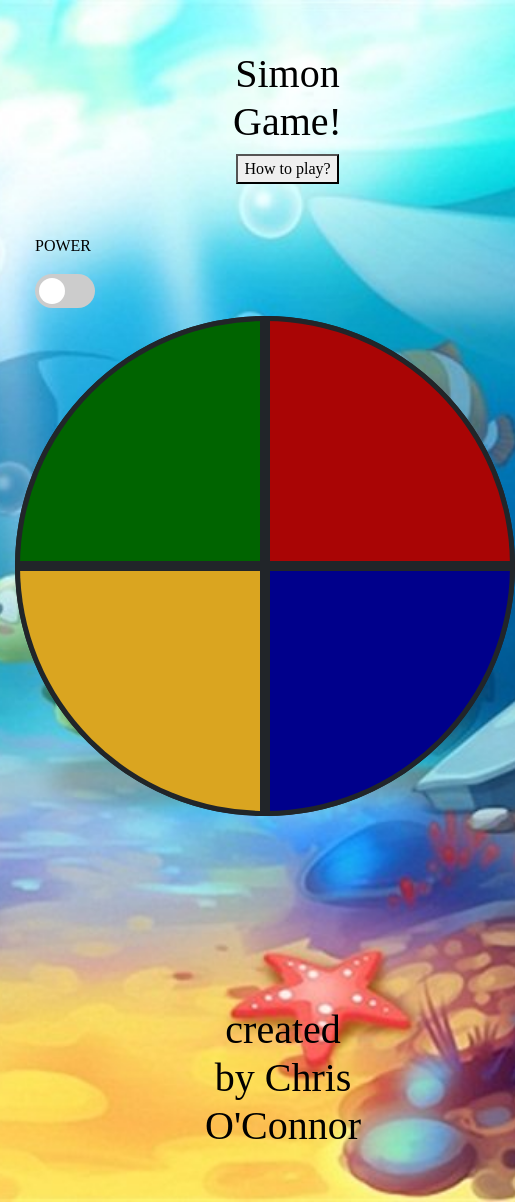
Repository: chrisoc19/SimonSays
Page: index.html
The author's editor kept a record of every edit. The page is drawn from the files as they stood at one moment, then again after the next edit.
The browser window is 375 px wide. The page is 515 px wide, so the pictures cover 515 px, including what lies to the right of the window. The pictures show the whole page.
Some web fonts or font styles are not loaded; a fallback is used.

Above is the page before.

### index.html
<!DOCTYPE html>
<html>
<html lang="en">

<head>
  <meta charset="UTF-8">
  <title>Simon Game</title>
  <meta name="viewport" content="width=device-width, initial-scale=1">
  <link href='https://fonts.googleapis.com/css?family=Original+Surfer&effect=emboss' rel='stylesheet' type='text/css'>
  <link rel="stylesheet" href="css/style.css">
  <link rel="stylesheet" href="https://stackpath.bootstrapcdn.com/bootstrap/4.3.1/css/bootstrap.min.css" integrity="sha384-ggOyR0iXCbMQv3Xipma34MD+dH/1fQ784/j6cY/iJTQUOhcWr7x9JvoRxT2MZw1T" crossorigin="anonymous">
  <script src="https://ajax.googleapis.com/ajax/libs/jquery/3.4.1/jquery.min.js"></script>
</head>

<body>


  <div class="container-fluid">
    <div class="row">
      <div class="col text text-box mobile-margin visible-xs ">
        <h1>Simon Game!</h1>
        <!-- Trigger/Open The Modal -->
        <button id="myBtn">How to play?</button>

        <!-- The Modal -->
        <div id="myModal" class="modal">

          <!-- Modal content -->
          <div class="modal-content">
            <span class="close">&times;</span>
            <p>To begin click on the Power button</p>
            <p>Get ready to watch, remember, repeat! </p>
            <p>Click Start when ready to play..</p>
            <p>If strict mode is enabled you only get one guess so be careful!!...</p>
          </div>

        </div>

      </div>

    </div>


    <div class="row">
      <div class="col-sm-2 switches-wrapper">
        <div class="switches">

          <p class="newButtons">POWER</p>
          <label class="switch">
  <input type="checkbox" class="switch" id="on">
  <span class="slider round"></span>
</label>

          <div class="remove d-none">

            <div id="turn"></div>
            <div class="text2">
              COUNT
            </div>


            <div class="button-container">
              <button class="button" id="start">Start</button>
            </div>


            <p class="newButtons ">STRICT</p>
            <label class="switch">
  <input type="checkbox" class="switch " id="strict">
  <span class="slider round"></span>
</label>

          </div>

        </div>

      </div>
      <div class="col-sm-8">
        <div class="circle">
          <div id="topleft"></div>
          <div id="topright"></div>
          <div id="bottomleft"></div>
          <div id="bottomright"></div>
        </div>
      </div>

    </div>
  </div>

  <div class="container-fluid">
    <div class="row">
      <div class="col footer  mobile-margin visible-xs">
        <h1 class="footer-text">created by Chris O'Connor</h1>


      </div>

    </div>









    <script src="js/index.js"></script>

</body>

</html>

### css/style.css

body {
  margin : 0;
  background-image: url("../img/sea.2.jpg");
  background-position: center;
  background-repeat: no-repeat;
  background-size: cover;

}

/* The Modal (background) */
.modal {
  display: none; /* Hidden by default */
  position: fixed; /* Stay in place */
  z-index: 1; /* Sit on top */
  left: 0;
  top: 0;
  width: 100%; /* Full width */
  height: 100%; /* Full height */
  overflow: auto; /* Enable scroll if needed */
  background-color: rgb(0,0,0); /* Fallback color */
  background-color: rgba(0,0,0,0.4); /* Black w/ opacity */
}
/* -----------------------------------------------------  Modal */
/* Modal Content/Box */
.modal-content {
  background-color: #fefefe;
  margin: 15% auto; /* 15% from the top and centered */
  padding: 20px;
  border: 1px solid #888;
  width: 80%; /* Could be more or less, depending on screen size */
}

/* The Close Button */
.close {
  color: #aaa;
  float: right;
  font-size: 28px;
  font-weight: bold;
}

.close:hover,
.close:focus {
  color: black;
  text-decoration: none;
  cursor: pointer;
}
/* -----------------------------------------------------Footer */
.mobile-margin{
  margin-left: 50px;
}
.footer-text{
  margin-top: 150px;
}
.footer{
  margin-top: 40px;
  margin-bottom: 40px;
  font-family: 'Original Surfer', cursive;
  text-align: center;
  color: black;
}
@media only screen and (min-width: 315px) {
 .footer {
    margin-bottom: 44px;

  }
}
@media only screen and (min-width: 768px) {
 .footer {
    margin-bottom: 94px;
  }
}
@media only screen and (min-width: 1024px) {
 .footer {
    margin-bottom: 455px;
  }
}
@media only screen and (min-width: 1025px) {
 .footer {
    margin-bottom: 40px;
  }
}

/* -----------------------------------------------------Simon game Text */
.text {
  font-family: 'Original Surfer', cursive;

  text-align: center;
  color: black;
}

.text-box {
  margin-top: 50px;
  margin-bottom: 50px;

  background-color: rgba(0, 123, 255, 0);
}

.newButtons{
  font-family: 'Original Surfer', cursive;

  width: 65px;
  color: black;
}

@media only screen and (max-width: 320px) {
 .text-box {
    margin-left: 200px;
  }
  .footer{
    margin-left: 170px;
  }
}
@media only screen and (max-width: 360px) {
 .text-box {
    margin-left: 210px;
  }
  .footer{
    margin-left: 180px;
  }
}
@media only screen and (max-width: 411px) {
 .text-box {
    margin-left: 200px;
  }
  .footer{
    margin-left: 190px;
  }
}
/* ----------------------------------------------------- Switches */
.switches-wrapper {
  margin-left: 20px;
   background-color: rgba(0, 123, 255, 0);
}





/* The switch - the box around the slider */

.switch {
  position: relative;
  display: inline-block;
  width: 60px;
  height: 34px;
}

/* Hide default HTML checkbox */

.switch input {
  opacity: 0;
  width: 0;
  height: 0;
}

/* The slider */

.slider {
  position: absolute;
  cursor: pointer;
  top: 0;
  left: 0;
  right: 0;
  bottom: 0;
  background-color: #ccc;
  -webkit-transition: .4s;
  transition: .4s;
}

.slider:before {
  position: absolute;
  content: "";
  height: 26px;
  width: 26px;
  left: 4px;
  bottom: 4px;
  background-color: white;
  -webkit-transition: .4s;
  transition: .4s;
}

input:checked+.slider {
  background-color: #2196F3;
}

input:focus+.slider {
  box-shadow: 0 0 1px #2196F3;
}

input:checked+.slider:before {
  -webkit-transform: translateX(26px);
  -ms-transform: translateX(26px);
  transform: translateX(26px);
}

/* Rounded sliders */

.slider.round {
  border-radius: 34px;
}

.slider.round:before {
  border-radius: 50%;
}

.toggle {
  margin-left: 20px;
  margin-right: 20px;
}


.button {
  -webkit-transition-duration: 0.4s;
  /* Safari */
  transition-duration: 0.4s;
 font-family:  'Original Surfer', cursive;
}

.button:hover {
  background-color: #4CAF50;
  /* Green */
  color: white;
}

.button-container {
  margin-bottom: 10px;

}


/* -----------------------------------------------------Counter */
.text2 {
  position: absolute;
  font-family: 'Original Surfer', cursive;
  margin-top: 170px;
  margin-bottom: 50px;
  margin-right: 100px;
}



#turn {
  position: absolute;
  background: rgba(0,123,255,.5);
  /*background: #330000;*/
  color: red;
  font-family: courier;
  font-size: 20px;
  height: 30px;
  width: 50px;

  margin-top: 130px;
  margin-left: 5px;
  text-align: center;

  line-height: 30px;
}

/*------------------------------------------------- circle */

.circle {

  background: #385a94;
  border-radius: 50%;
  height: 500px;
  width: 500px;
  position: relative;
  border-style: solid;
  border-width: 10px;
  margin: auto;


}

#topleft {
  position: absolute;
  height: 250px;
  width: 250px;
  border-radius: 250px 0 0 0;
  -moz-border-radius: 250px 0 0 0;
  -webkit-border-radius: 250px 0 0 0;
  background: darkgreen;
  top: 50%;
  left: 50%;
  margin: -250px 0px 0px -250px;
  border-style: solid;
  border-width: 5px;
  box-sizing: border-box;
  -moz-box-sizing: border-box;
  -webkit-box-sizing: border-box;
}

#topright {
  position: absolute;
  height: 250px;
  width: 250px;
  border-radius: 0 250px 0 0;
  -moz-border-radius: 0 250px 0 0;
  -webkit-border-radius: 0 250px 0 0;
  background: #a90505;
  top: 50%;
  left: 50%;
  margin: -250px 0px 0px 0px;
  border-style: solid;
  border-width: 5px;
  box-sizing: border-box;
  -moz-box-sizing: border-box;
  -webkit-box-sizing: border-box;
}

#bottomleft {
  position: absolute;
  height: 250px;
  width: 250px;
  border-radius: 0 0 0 250px;
  -moz-border-radius: 0 0 0 250px;
  -webkit-border-radius: 0 0 0 250px;
  background: goldenrod;
  top: 50%;
  left: 50%;
  margin: 0px -250px 0px -250px;
  border-style: solid;
  border-width: 5px;
  box-sizing: border-box;
  -moz-box-sizing: border-box;
  -webkit-box-sizing: border-box;
}

#bottomright {
  position: absolute;
  height: 250px;
  width: 250px;
  border-radius: 0 0 250px 0;
  -moz-border-radius: 0 0 250px 0;
  -webkit-border-radius: 0 0 250px 0;
  background: darkblue;
  top: 50%;
  left: 50%;
  margin: 0px 0px -250px 0px;
  border-style: solid;
  border-width: 5px;
  box-sizing: border-box;
  -moz-box-sizing: border-box;
  -webkit-box-sizing: border-box;
}

### js/index.js
let order = [];
let playerOrder = [];
let flash;
let turn;
let good;
let compTurn;
let intervalId;
let strict = false;
let start = false;
let noise = true;
let on = false;
let win;

let oneNoise = new Audio('sounds/drop.mp3');
let twoNoise = new Audio('sounds/pop.mp3');
let threeNoise = new Audio('sounds/seagull.ogg');
let fourNoise = new Audio('sounds/radar.wav');
let startNoise = new Audio('sounds/startSound.ogg');
let offNoise = new Audio('sounds/off.ogg');
let winNoise = new Audio('sounds/winSound.wav');
let strictNoise = new Audio('sounds/b1.wav');


const turnCounter = document.querySelector("#turn");
const topLeft = document.querySelector("#topleft");
const topRight = document.querySelector("#topright");
const bottomLeft = document.querySelector("#bottomleft");
const bottomRight = document.querySelector("#bottomright");
const strictButton = document.querySelector("#strict");
const onButton = document.querySelector("#on");
const startButton = document.querySelector("#start");

//--------------------------------------------------------------- onButton
// Get the modal
var modal = document.getElementById("myModal");

// Get the button that opens the modal
var btn = document.getElementById("myBtn");

// Get the <span> element that closes the modal
var span = document.getElementsByClassName("close")[0];

// When the user clicks on the button, open the modal
btn.onclick = function() {
  modal.style.display = "block";
}

// When the user clicks on <span> (x), close the modal
span.onclick = function() {
  modal.style.display = "none";
}

// When the user clicks anywhere outside of the modal, close it
window.onclick = function(event) {
  if (event.target == modal) {
    modal.style.display = "none";
  }
}
//--------------------------------------------------------------- onButton

$('#on').click(function() {
    $('.remove').removeClass('d-none');
    $('.add').addClass('d-none');
})

onButton.addEventListener('click', (event) => {
    if (onButton.checked == true) {
        on = true;
        turnCounter.innerHTML = "-";
        startSound();
        flashColor();
        setTimeout(() => {
            clearColor();
        }, 800);
    }
    else {
        on = false;
        turnCounter.innerHTML = "Bye";
        setTimeout(() => {
            turnCounter.innerHTML = "";
        }, 1000);
        clearInterval(intervalId);
        off();
        flashColor();
        setTimeout(() => {
            clearColor();
        }, 800);
        setTimeout(() => {
            document.location.reload(true);
        }, 200);

    }

});

function startSound() {
    if (noise) {
        startNoise.play();
    }
    noise = true;

}

function off() {
    if (noise) {
        offNoise.play();
    }
    noise = true;

}
//---------------------------------------------------------------startButton
startButton.addEventListener('click', (event) => {
    if (on || win) {
        play();
        start = true;
    }
    if (onButton.checked == false) {
        startButton = 'unclick';
        start = false;

    }

});

//--------------------------------------------------------------- strictButton


strictButton.addEventListener('change', (event) => {
    if (onButton.checked == false) {
        document.getElementById("#strict").disabled = true;

    }
    if (strictButton.checked == true) {
        strict = true;
        strictSound();
        clearInterval(intervalId);
        turnCounter.innerHTML = "-";
        flashColor();
        setTimeout(() => {
            clearColor();
        }, 800);

    }
    else {
        strict = false;
        strictSound();
        clearInterval(intervalId);
        turnCounter.innerHTML = "-";
        flashColor();
        setTimeout(() => {
            clearColor();
        }, 800);

    }
});

function strictSound() {
    if (noise) {
        strictNoise.play();
    }
    noise = true;

}
//---------------------------------------------------------------play()
function play() {
    win = false;
    order = [];
    playerOrder = [];
    flash = 0;
    intervalId = 0;
    turn = 1;
    turnCounter.innerHTML = 1;
    good = true;
    for (var i = 0; i < 20; i++) {
        order.push(Math.floor(Math.random() * 4) + 1);
    }
    compTurn = true;

    intervalId = setInterval(gameTurn, 800);
}
//---------------------------------------------------------------GameTurn  ()
function gameTurn() {
    on = false;

    if (flash == turn) {
        clearInterval(intervalId);
        compTurn = false;
        clearColor();
        on = true;
    }

    if (compTurn) {
        clearColor();
        setTimeout(() => {
            if (order[flash] == 1) one();
            if (order[flash] == 2) two();
            if (order[flash] == 3) three();
            if (order[flash] == 4) four();
            flash++;
        }, 200);
    }
}
//--------------------------------------------------------------- Function 1 - 4
function one() {
    if (noise) {
        oneNoise.play();
    }
    noise = true;
    topLeft.style.backgroundColor = "lightgreen";
}

function two() {
    if (noise) {
        twoNoise.play();
    }
    noise = true;
    topRight.style.backgroundColor = "tomato";
}

function three() {
    if (noise) {
        threeNoise.play();
    }
    noise = true;
    bottomLeft.style.backgroundColor = "yellow";
}

function four() {
    if (noise) {
        fourNoise.play();
    }
    noise = true;
    bottomRight.style.backgroundColor = "lightskyblue";
}
//---------------------------------------------------------------clear color
function clearColor() {
    topLeft.style.backgroundColor = "darkgreen";
    topRight.style.backgroundColor = "darkred";
    bottomLeft.style.backgroundColor = "goldenrod";
    bottomRight.style.backgroundColor = "darkblue";
}
//---------------------------------------------------------------  flash Colors
function flashColor() {
    topLeft.style.backgroundColor = "lightgreen";
    topRight.style.backgroundColor = "tomato";
    bottomLeft.style.backgroundColor = "yellow";
    bottomRight.style.backgroundColor = "lightskyblue";
}
//---------------------------------------------------------------Click Events
topLeft.addEventListener('click', (event) => {
    if (on && start) {
        playerOrder.push(1);
        check();
        one();
        if (!win) {
            setTimeout(() => {
                clearColor();
            }, 300);
        }
    }

});

topRight.addEventListener('click', (event) => {
    if (on && start) {
        playerOrder.push(2);
        check();
        two();
        if (!win) {
            setTimeout(() => {
                clearColor();
            }, 300);
        }
    }
});

bottomLeft.addEventListener('click', (event) => {
    if (on && start) {
        playerOrder.push(3);
        check();
        three();
        if (!win) {
            setTimeout(() => {
                clearColor();
            }, 300);
        }
    }

});

bottomRight.addEventListener('click', (event) => {
    if (on && start) {
        playerOrder.push(4);
        check();
        four();
        if (!win) {
            setTimeout(() => {
                clearColor();
            }, 300);
        }
    }
});
//---------------------------------------------------------------Check()
function check() {
    if (playerOrder[playerOrder.length - 1] !== order[playerOrder.length - 1])
        good = false;

    if (playerOrder.length == 3 && good) {
        winGame();
    }
    if (good == false) {
        turnCounter.innerHTML = "NO!";
        setTimeout(() => {
            turnCounter.innerHTML = turn;
            clearColor();

            if (strict) {
                play();
            }
            else {
                compTurn = true;
                flash = 0;
                playerOrder = [];
                good = true;
                intervalId = setInterval(gameTurn, 800);
            }
        }, 800);
        noise = false;
    }
    if (turn == playerOrder.length && good && !win) {
        turn++;
        playerOrder = [];
        compTurn = true;
        flash = 0;
        turnCounter.innerHTML = turn;
        intervalId = setInterval(gameTurn, 800);
    }
}
//---------------------------------------------------------------winGame
function winGame() {
    flashColor();
    winSound();
    turnCounter.innerHTML = "win!";
    on = false;
    win = true;
}

function winSound() {
    if (noise) {
        winNoise.play();
    }
    noise = true;

}

After the next edit:
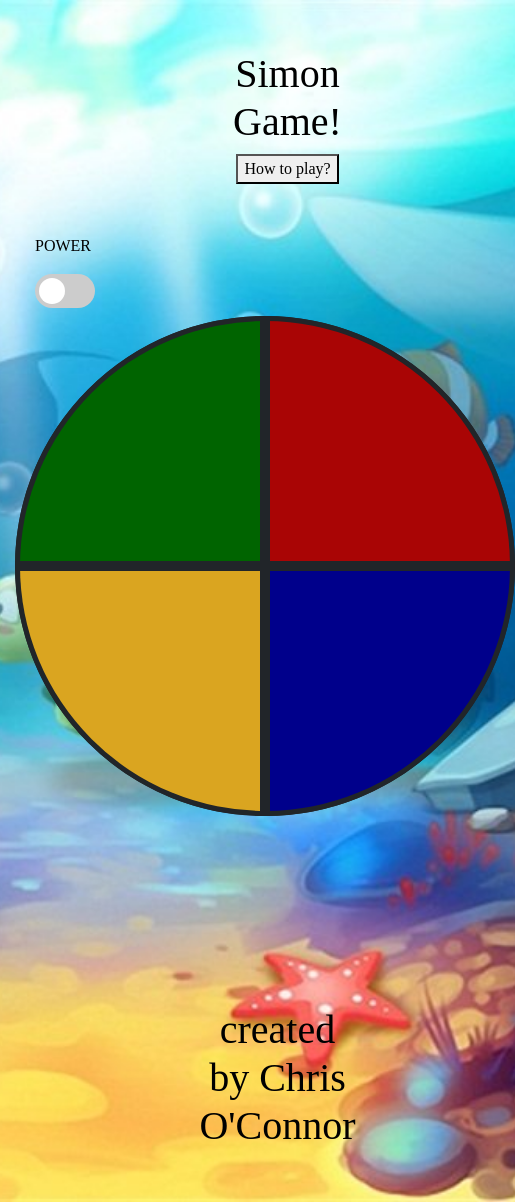
The edit:
--- a/css/style.css
+++ b/css/style.css
@@ -124,7 +124,7 @@
     margin-left: 200px;
   }
   .footer{
-    margin-left: 190px;
+    margin-left: 180px;
   }
 }
 /* ----------------------------------------------------- Switches */
